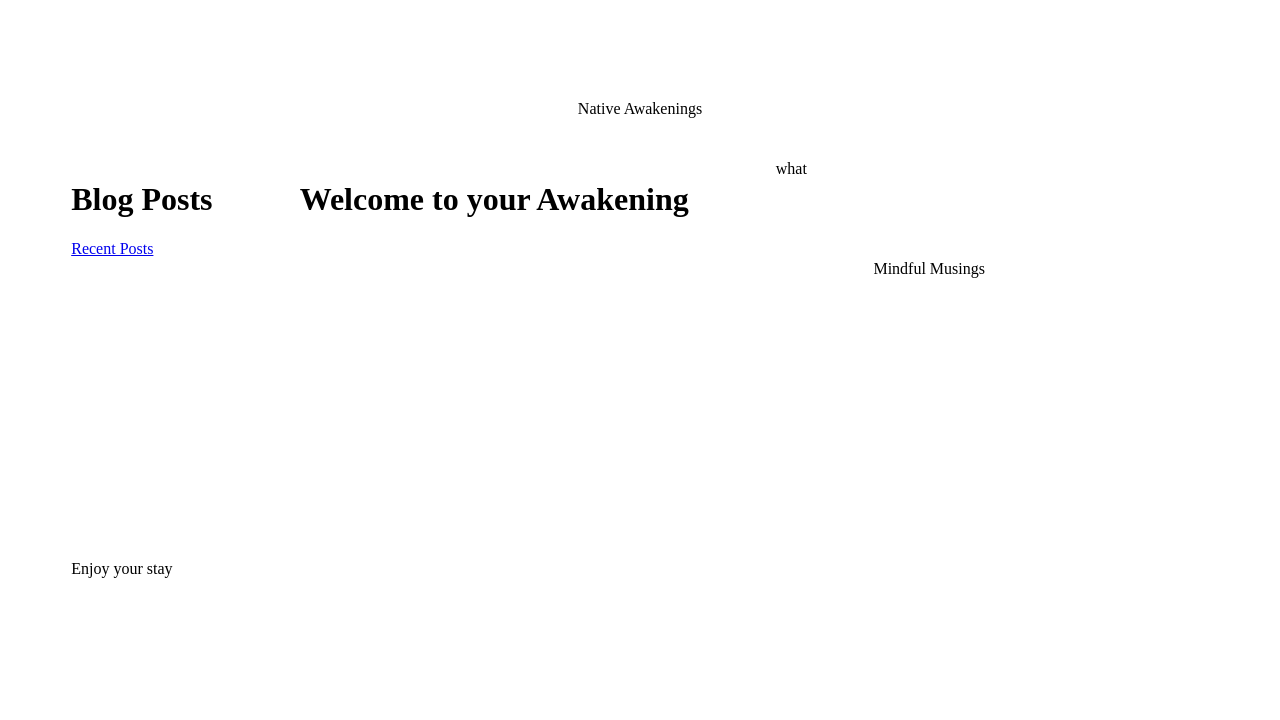
Repository: Gregg-Hendrix/blog-project
Page: index.html
The author's editor kept a copy of each file at every save. The page is drawn from the files as they stood at one save, then again after the next save.
The browser window is 1280 px wide. The pictures show the whole page.

Above is the page before, as saved 2021-03-15 13:57:36.

### index.html
<!DOCTYPE html>
<html lang="en">
    <head>
        <meta charset="utf-8">
        <title>Native Awakenings</title>
        <meta content="width=device-width, initial-scale=1, maximum-scale=1" name="viewport"/>
        <link rel="stylesheet" href="stylesheet.css">

         </head>
    <body>
        <! -- This aligns the items to the top of the screen -->
        <div class="container">
            <header class="header">Native Awakenings</header>
            <h1 class="intro">Welcome to your Awakening</h1>
            <div class="container"></div>
            <nav>what</nav>
            <article class="container">Mindful Musings</article>
            <sidebar class="sidebar"><h1>Blog Posts</h1><a href="meditation.html">Recent Posts</a></sidebar>
            <footer class="footer">Enjoy your stay</footer>
        </div>
    </body>
</html>

### stylesheet.css
.header{
    display: flex;
        flex-direction: row;
        justify-content: center;
        border: indigo;
}
.intro{
    display: flex;
        flex-direction: row;
        justify-content: center;
        border: indigo;
}
.container{
    display: grid;
    width: 90%;
    margin: auto;
    margin-top: 100px;
    grid-template-columns: 40px repeat(7 1fr);
    grid-template-rows: 60px 400px 1fr;
    grid-template-areas:
    "hd hd hd hd hd hd hd hd"
    "sd main main main main main main main"
    "ft ft ft ft ft ft ft ft";
}

    .box {
        border: 1px solid rebeccapurple;
        background: #F8FA9D;
    }

    .header{
        grid-area: hd;
    }

    .sidebar{
        grid-area: sd;
    }

    .content{
        grid-area: main;
    }

    .footer{
        grid-area: ft;
    }

After the next save:
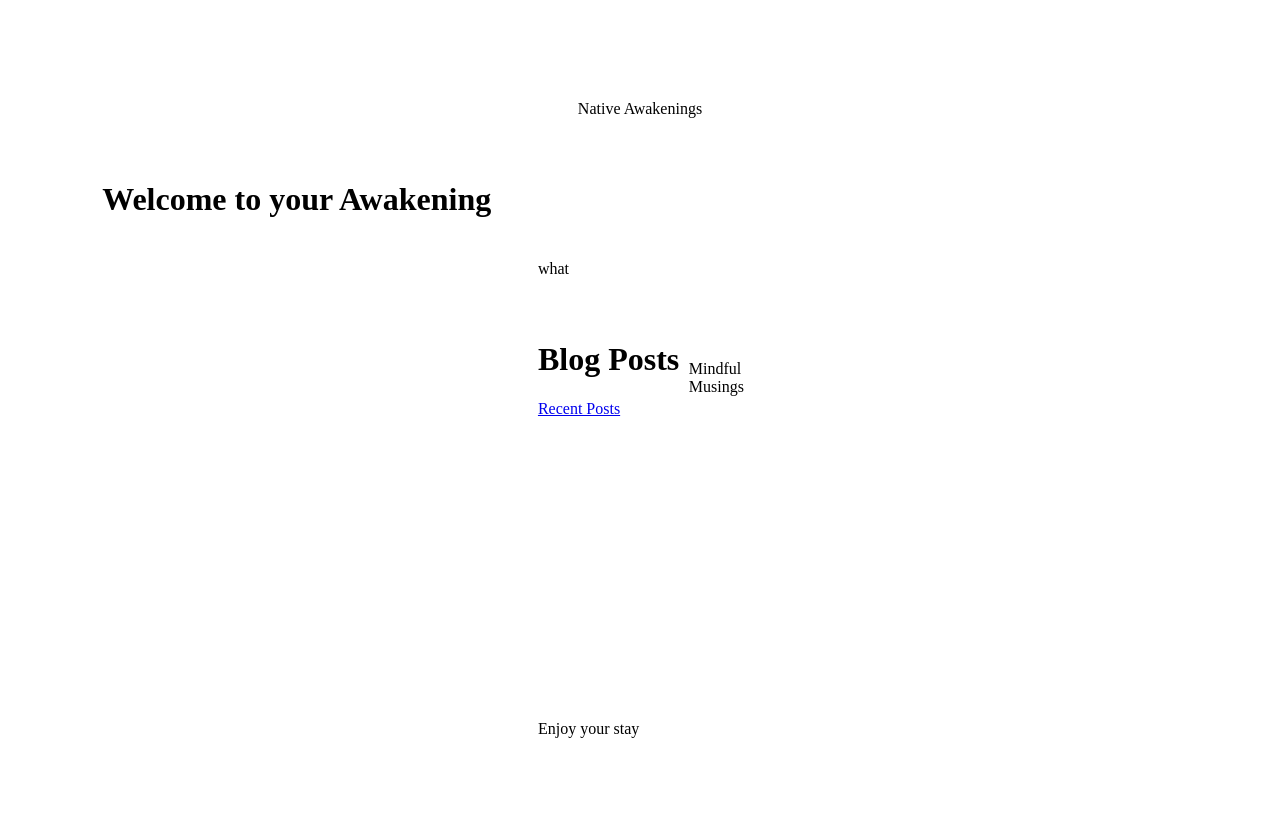
Saved 15 s later.
--- a/index.html
+++ b/index.html
@@ -12,7 +12,7 @@
         <div class="container">
             <header class="header">Native Awakenings</header>
             <h1 class="intro">Welcome to your Awakening</h1>
-            <div class="container"></div>
+            <div class="container">
             <nav>what</nav>
             <article class="container">Mindful Musings</article>
             <sidebar class="sidebar"><h1>Blog Posts</h1><a href="meditation.html">Recent Posts</a></sidebar>
